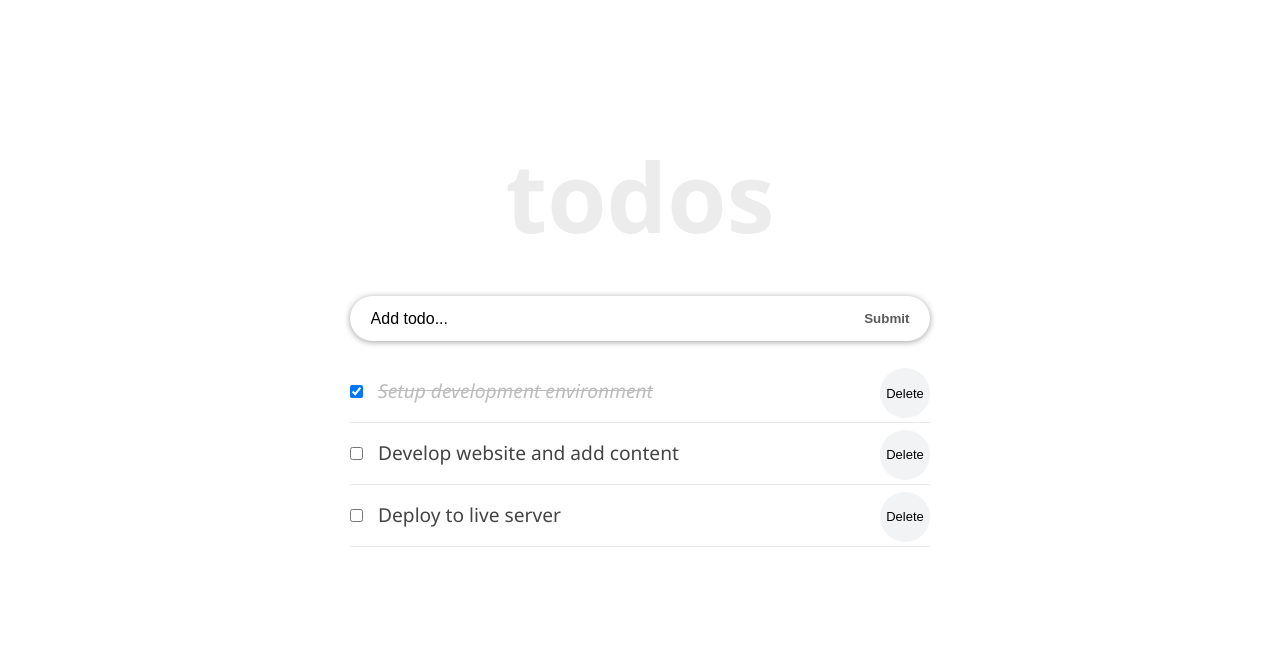
Repository: kennedyowusu/react-todo-app
Page: /
The author's editor kept a copy of each file at every save. The page is drawn from the files as they stood at one save, then again after the next save.
The browser window is 1280 px wide. The pictures show the whole page.
The project was rebuilt for these pictures with package versions that can differ from the ones it lists, and the page was loaded fresh each time.

Above is the page before, as saved 2023-01-16 13:47:31.

After the next save:
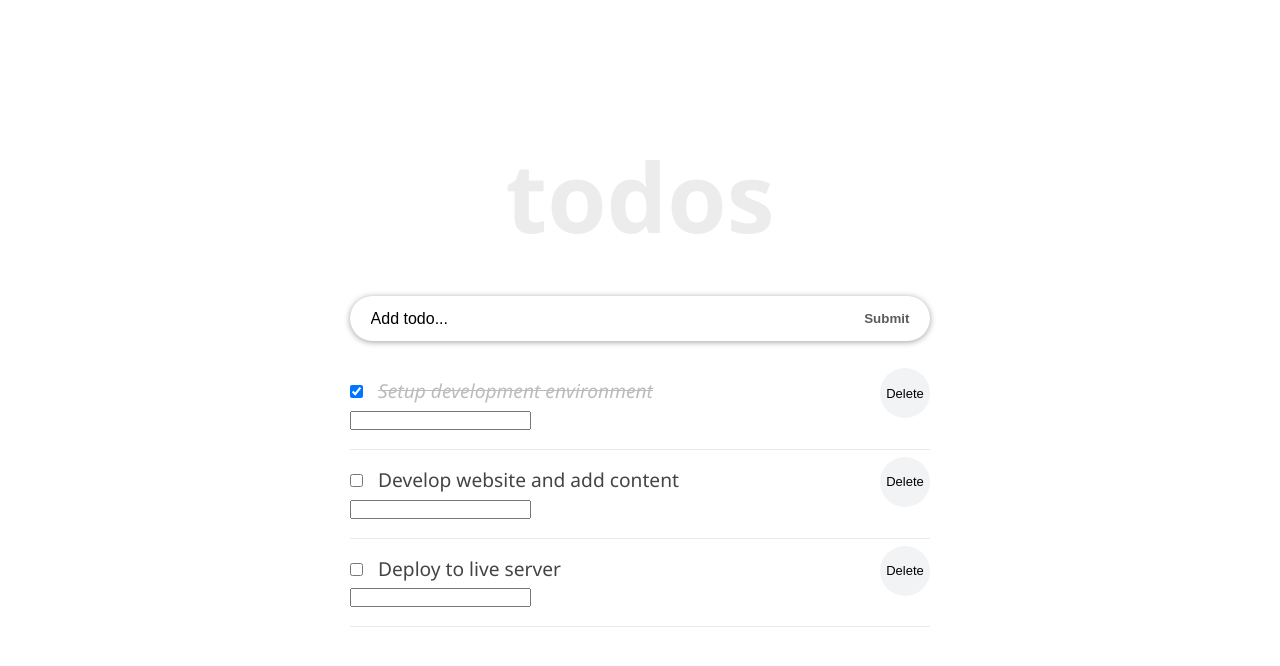
Saved 46 s later.
--- a/src/components/TodoItem.js
+++ b/src/components/TodoItem.js
@@ -30,6 +30,7 @@ class TodoItem extends React.Component {
          <button onClick={() => this.props.deleteTodoProps(id)}>Delete</button>
          <span style={completed ? completedStyle : null}>{title}</span>
        </div>
+       <input type='text' className={styles.textInput} />
      </li>
    )
   }
